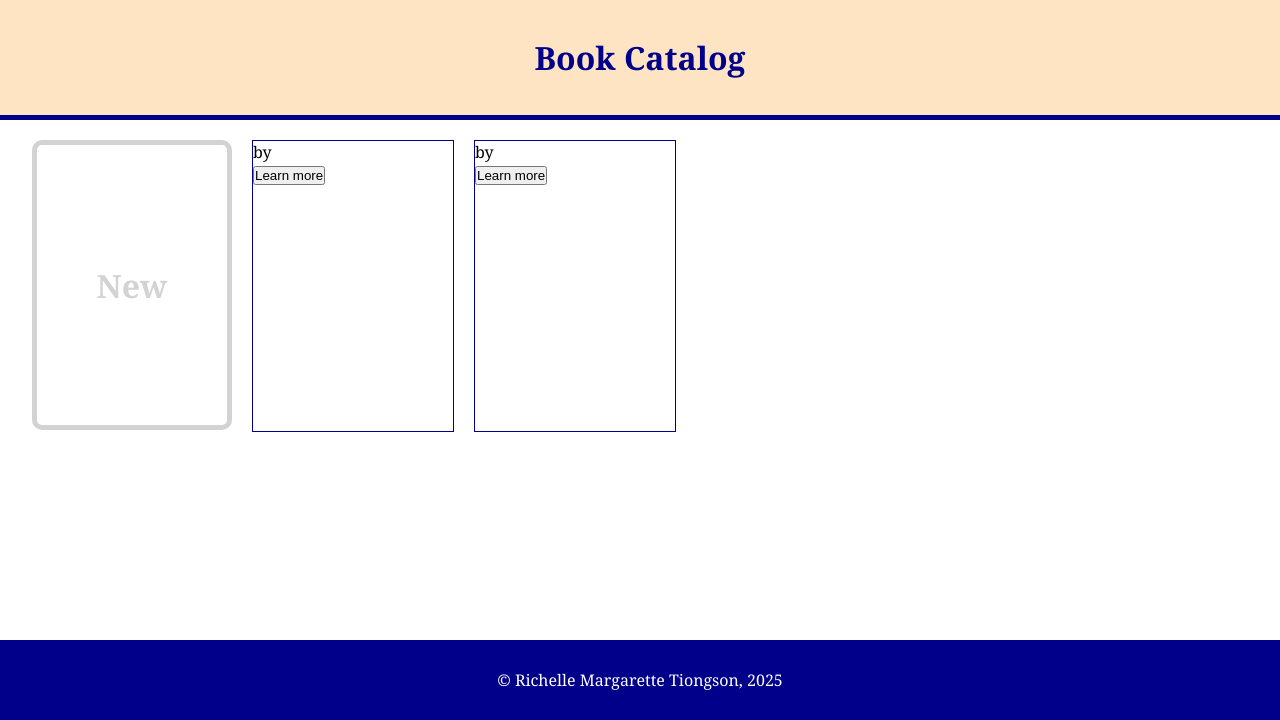
Repository: richelletiongson/comp3170_lab01
Page: /
The author's editor kept a copy of each file at every save. The page is drawn from the files as they stood at one save, then again after the next save.
The browser window is 1280 px wide. The pictures show the whole page.
The project was rebuilt for these pictures with package versions that can differ from the ones it lists, and the page was loaded fresh each time. Also part of the build but not shown: vite.config.js.

Above is the page before, as saved 2025-09-14 00:27:43.

After the next save:
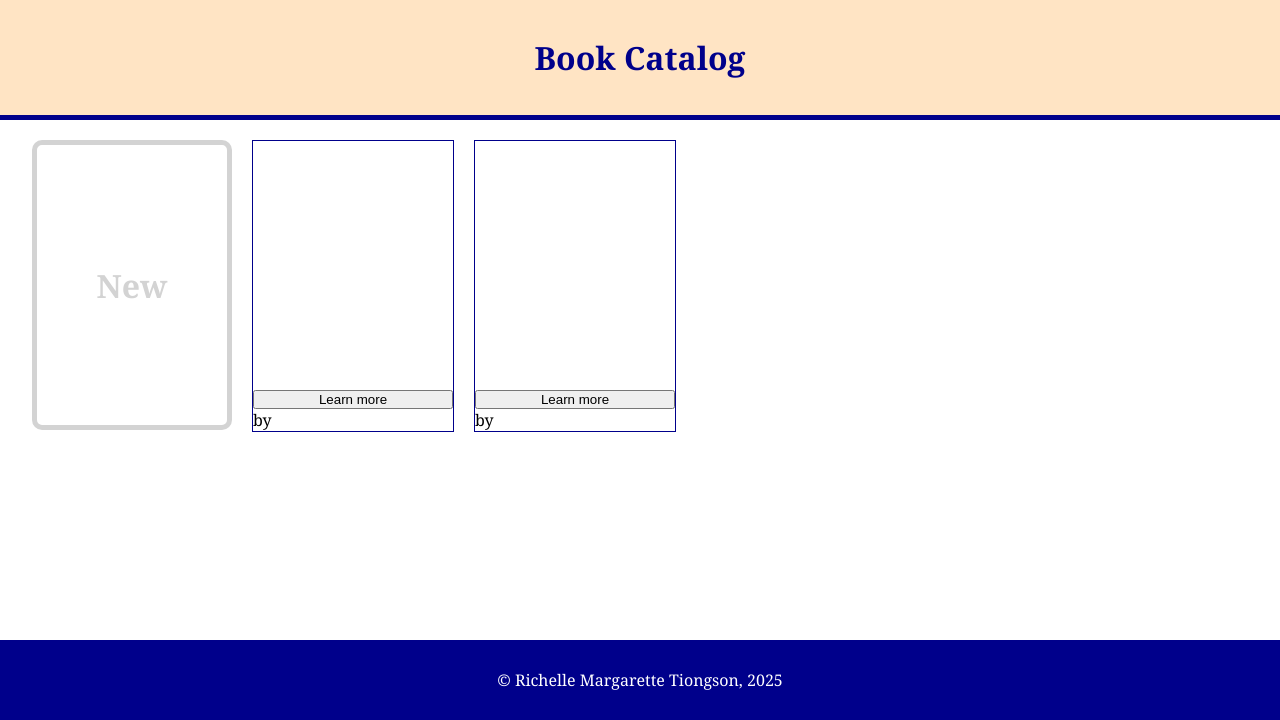
Saved 6 min 37 s later.
--- a/src/index.css
+++ b/src/index.css
@@ -35,6 +35,8 @@ body {
 }
 
 .book {
+  display: flex;
+  flex-direction: column-reverse;
   border: solid 1px darkblue;
   height:290px;
   width:200px;
